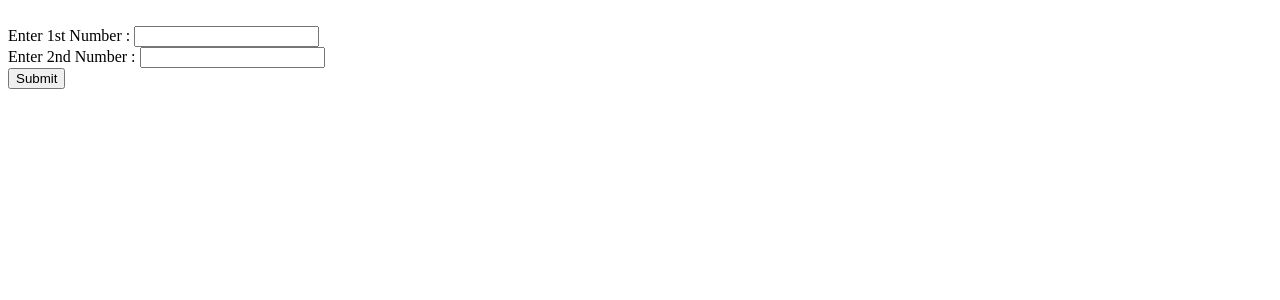
Repository: nin19/advance_java
Page: servlet/DemoApp/src/main/webapp/index.html
These files come from the project's save history. The page is drawn as it stood at one moment and after the next save; the edit follows.
The browser window is 1280 px wide. The pictures show the whole page.

Above is the page before, as saved 2024-10-14 09:14:42.

After the next save:
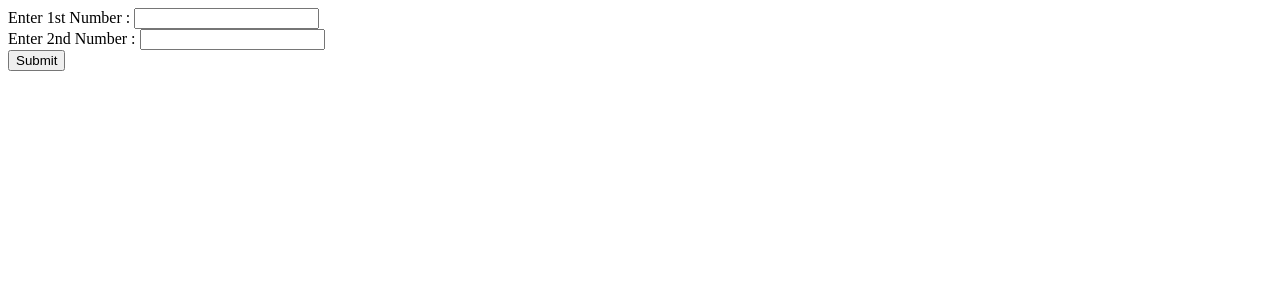
Saved 41 s later.
--- a/servlet/DemoApp/src/main/webapp/index.html
+++ b/servlet/DemoApp/src/main/webapp/index.html
@@ -1,9 +1,9 @@
 <!DOCTYPE html>
 <html>
 <body>
-	<br action="add">
-		Enter 1st Number : <input type="text" name="num1"></br>
-		Enter 2nd Number : <input type="text" name="num2"></br>
+	<form action="add">
+		Enter 1st Number : <input type="text" name="num1"><br>
+		Enter 2nd Number : <input type="text" name="num2"><br>
 		<input type="submit">
 	</form>
 </body>
